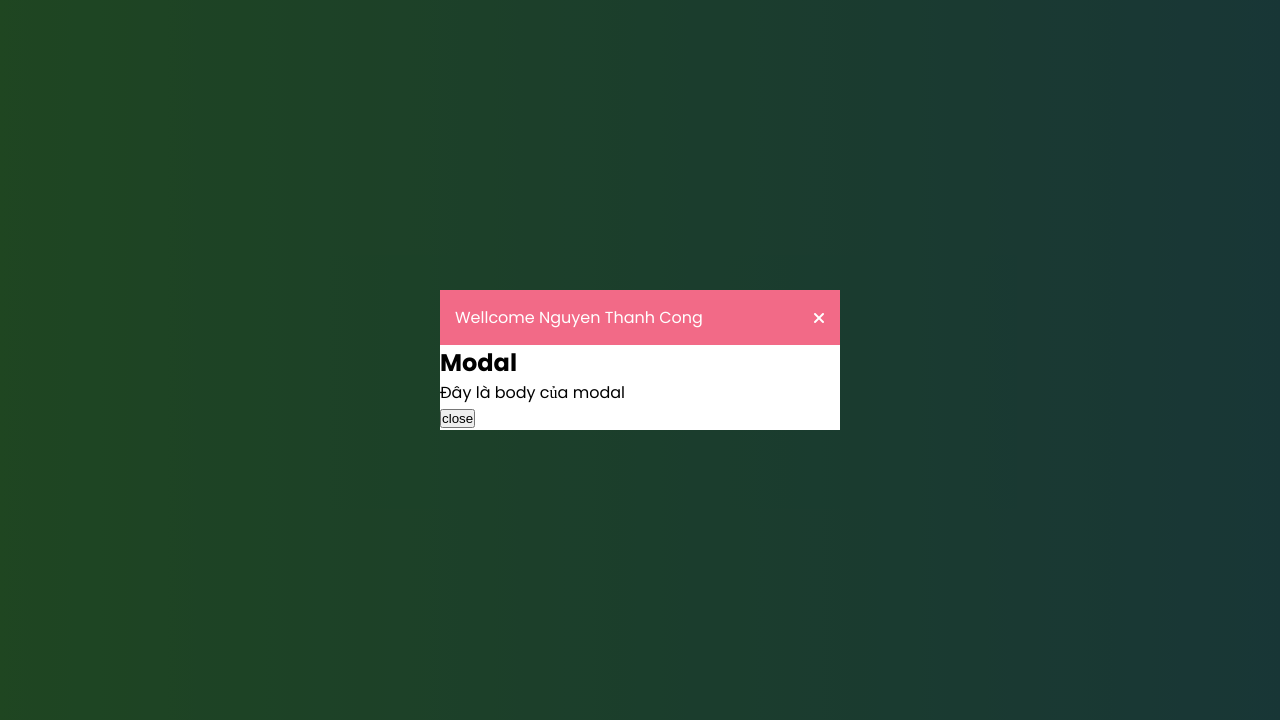
Repository: congnt98/Lean-javascript-in-project
Page: 30Days/3_Modal/index.html
The author's editor kept a copy of each file at every save. The page is drawn from the files as they stood at one save, then again after the next save.
The browser window is 1280 px wide. The pictures show the whole page.

Above is the page before, as saved 2024-02-18 20:21:21.

### 30Days/3_Modal/index.html
<!DOCTYPE html>
<html lang="en">

<head>
    <meta charset="UTF-8">
    <meta name="viewport" content="width=device-width, initial-scale=1.0">
    <title>Product Card</title>
    <link rel="stylesheet" href="./style.css">
    <link href='https://unpkg.com/boxicons@2.1.4/css/boxicons.min.css' rel='stylesheet'>
    <link
        href="https://fonts.googleapis.com/css2?family=Poppins:ital,wght@0,100;0,200;0,300;0,400;0,500;0,600;0,700;0,800;0,900;1,100;1,200;1,300;1,400;1,500;1,600;1,700;1,800;1,900&display=swap"
        rel="stylesheet">
    <link rel="stylesheet" href="https://cdnjs.cloudflare.com/ajax/libs/font-awesome/6.5.1/css/all.min.css">
</head>

<body>
    <div class="warapper">
        <button class="btn-modal-open">
            Open Modal
        </button>
        <div class="modal">
            <div class="modal__inner">
                <div class="modal__header">
                    <span>Wellcome Nguyen Thanh Cong</span>
                    <i class="fa-solid fa-xmark"></i>
                </div>
                <div class="modal__body">
                    <h2 class="title">Modal</h2>
                    <span>Đây là body của modal</span>
                </div>
                <div class="modal__footer">
                    <button class="btn-close">close</button>
                </div>
            </div>
        </div>
    </div>
    <script src="./app.js"></script>
</body>

</html>

### 30Days/3_Modal/style.css
:root {
    --pink-color: #f26a87;
}

* {
    margin: 0;
    padding: 0;
    box-sizing: border-box;
}

body {
    min-height: 100vh;
    background: linear-gradient(to right, #4daf54, #3d8888);
    display: flex;
    justify-content: center;
    align-items: center;
    font-family: "poppins";
}

.warapper {
    max-width: 1200px;
    margin: 0 auto;
    width: 100%;
}

.btn-modal-open {
    display: inline-block;
    position: relative;
    left: 50%;
    transform: translateX(-50%);
    padding: 10px 20px;
    border-radius: 5px;
    outline: none;
    border: none;
    font-size: 25px;
    font-weight: 700;
}

.modal {
    position: fixed;
    top: 0;
    right: 0;
    bottom: 0;
    left: 0;
    background-color: rgb(0, 0, 0, 0.6);
}

.modal__inner {
    width: 400px;
    position: relative;
    overflow: hidden;
    top: 50%;
    left: 50%;
    transform: translate(-50%, -50%);
    color: #000;
    z-index: 1111;
    background-color: #fff;
}

.modal__header {
    background-color: var(--pink-color);
    padding: 15px;
    display: flex;
    justify-content: space-between;
    align-items: center;
    color: #fff;
}

.modal__body {}

.modal__footer {}

Loaded but not shown: 30Days/3_Modal/app.js (no copy from this time; the picture is the same without it)

After the next save:
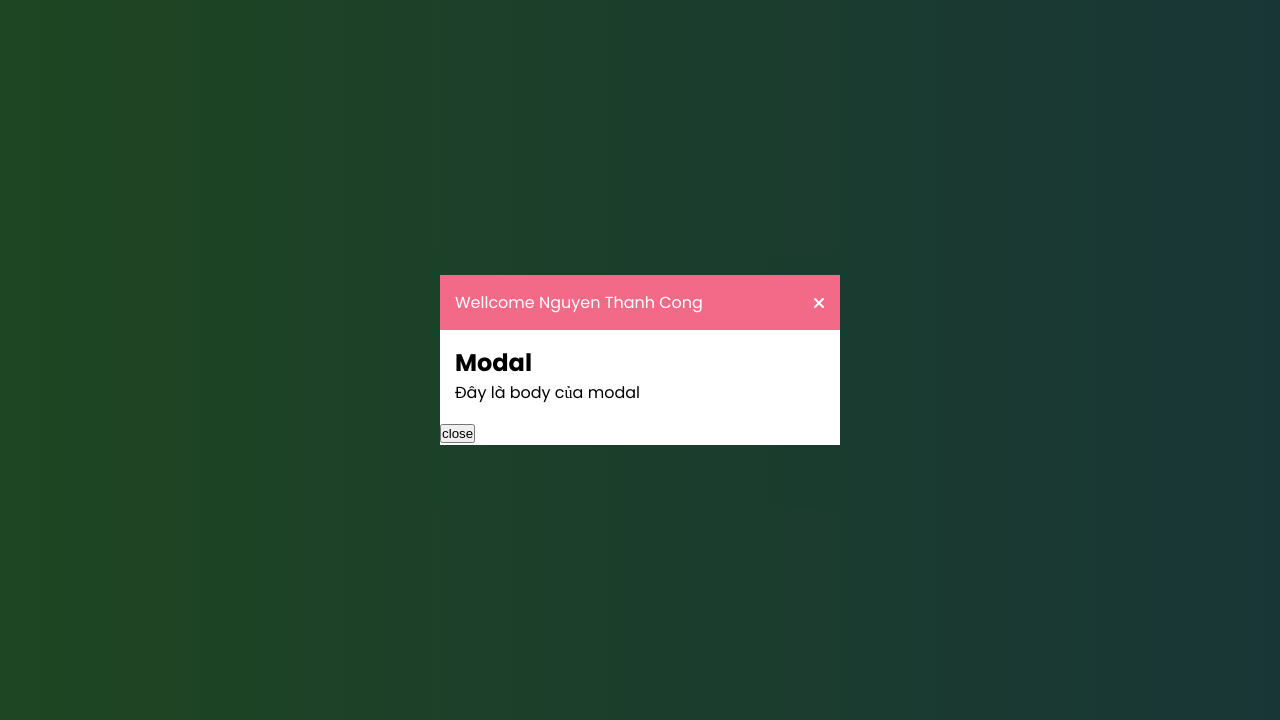
Saved 21 s later.
--- a/30Days/3_Modal/style.css
+++ b/30Days/3_Modal/style.css
@@ -66,6 +66,8 @@ body {
     color: #fff;
 }
 
-.modal__body {}
+.modal__body {
+    padding: 15px;
+}
 
 .modal__footer {}
